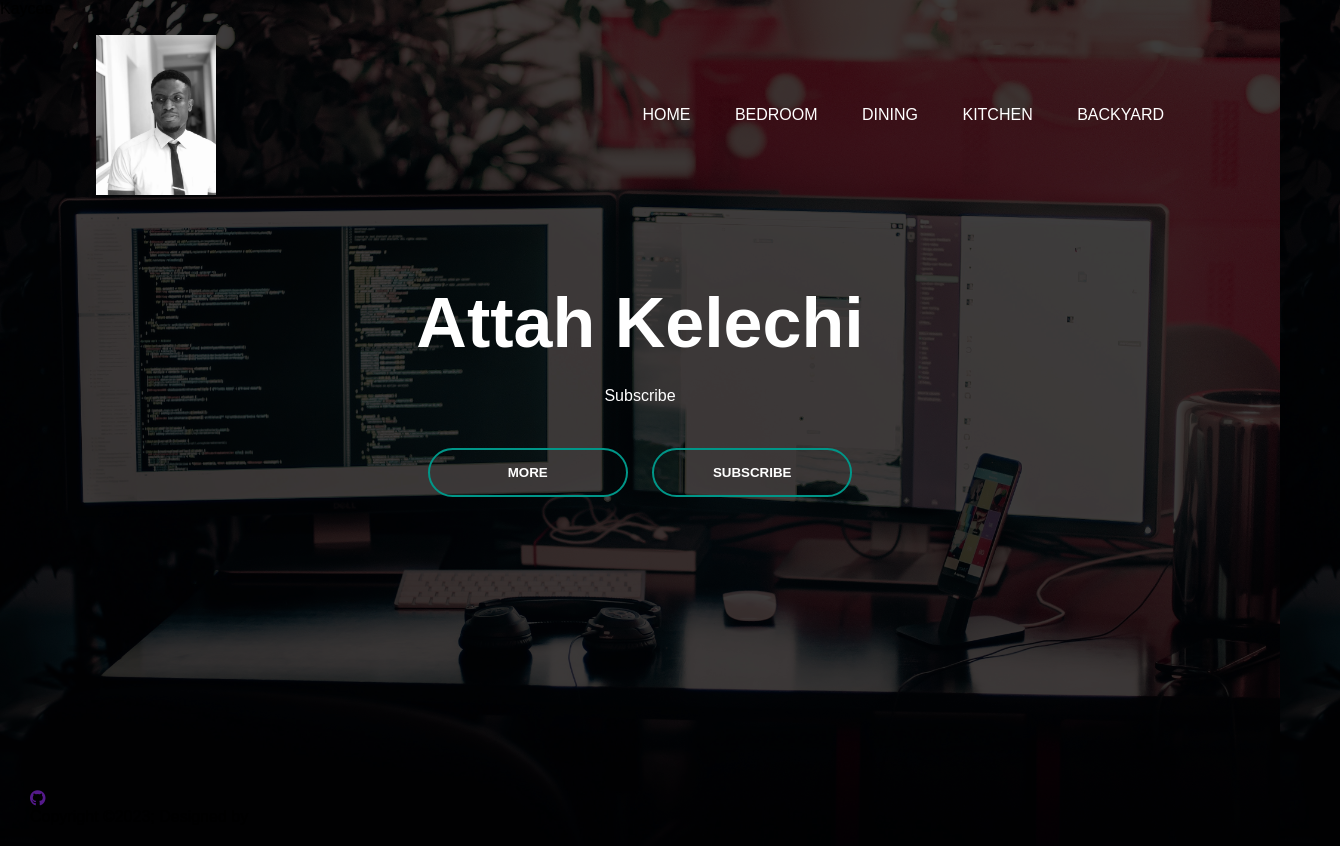
Repository: Kaycee-attah/HNG-Internship_2023
Page: index.html
These files come from the project's save history. The page is drawn as it stood at one moment and after the next save; the edit follows.
The browser window is 1280 px wide. The page is 1340 px wide, so the pictures cover 1340 px, including what lies to the right of the window. The pictures show the whole page.

Above is the page before, as saved 2023-09-07 02:39:56.

### index.html
<!DOCTYPE html>
<html lang="en">
<head>
    <meta charset="UTF-8">
    <meta name="viewport" content="width=device-width, initial-scale=1.0">
    <title>How to make a website - Easy tutorial</title>
    <link rel="stylesheet" href="style.css">
    <link rel="stylesheet" href="https://cdnjs.cloudflare.com/ajax/libs/font-awesome/6.4.2/css/all.min.css" integrity="sha512-z3gLpd7yknf1YoNbCzqRKc4qyor8gaKU1qmn+CShxbuBusANI9QpRohGBreCFkKxLhei6S9CQXFEbbKuqLg0DA==" crossorigin="anonymous" referrerpolicy="no-referrer" />
</head>
<body>
    <div class="banner">
        <div class="navbar">
            <img class="logo" src="slack_DP.JPG" alt="Kaycee" data-testid="slackDisplayImage">
            <ul>
                <li><a href="#">Home</a></li>
                <li><a href="#">Bedroom</a></li>
                <li><a href="#">Dining</a></li>
                <li><a href="#">Kitchen</a></li>
                <li><a href="#">Backyard</a></li>
            </ul>
        </div>
    </div>
    <div class="content">
        <h1 data-testid="slackUserName">Attah Kelechi</h1>
        <p>Subscribe</p>
        <div>
            <button type="button"><span></span> MORE</button>
            <button type="button"><span></span>SUBSCRIBE</button>
        </div>
    </div>
    <div class="footer_Container">
        <div class="social-icon">
            <a href=""><i class="fa-brands fa-github"></i></a>
        </div>
        <div class="footer_Bottom">
            <p>Copyright &copy;2023; Designed by <span class="designer">Kaycee</span></p>
        </div>
    </div>

    <script src="script.js"></script>
</body>

</html>

### style.css
*{
    margin: 0;
    padding: 0;
    font-family: sans-serif;

}
body{
    background-image: linear-gradient(rgba(0,0,0,0.75), rgba(0,0,0,0.75)), url(IMG_6759.JPG);
    background-size: cover;
    background-position: center;
}

.banner{
    width: 100%;
    height: 100vh;


}
.navbar{
    width: 85%;
    margin: auto;
    padding: 35px 0;
    display: flex;
    align-items: center;
    justify-content: space-between;
}
.logo{
    width: 120px;
    cursor: pointer;
}
.navbar ul li{
    list-style: none;
    display: inline-block;
    margin: 0 20px;
    position: relative;
}
.navbar ul li a{
    text-decoration: none;
    color: #fff;
    text-transform: uppercase;
}
.navbar ul li::after{
    content: "";
    height: 3px;
    width: 0;
    background: #009688;
    position: absolute;
    left: 0;
    bottom: -10px;
    transition: 0.5s;
}
.navbar ul li:hover::after{
    width: 100%;
}
.content{
    width: 100%;
    position: absolute;
    top: 50%;
    transform: translateY(-50%);
    text-align: center;
    color: #fff;
}
.content h1{
    font-size: 70px;
    margin-top: 80px;
}
.content p{
    margin: 20px auto;
    font-weight: 100;
    line-height: 25px;
}
button{
    width: 200px;
    padding: 15px 0;
    text-align: center;
    margin: 20px 10px;
    border-radius: 25px;
    font-weight: bold;
    border: 2px solid #009688;
    background: transparent;
    color: #fff;
    cursor: pointer;
    position: relative;
    overflow: hidden;
}
span{
    background: #009688;
    height: 100%;
    width: 0;
    border-radius: 25px;
    position: absolute;
    left: 0;
    bottom: 0;
    z-index: -1;
    transition: 0.5s;
}
button:hover span{
    width: 100%;
}
footer{
    background-color: #111;
}
.footer_Container{
    width: 100%;
    padding: 70px 30px 20px;
}

### script.js
const now = new Date();
const day = now.getDay();
const hours = now.getHours();
const minutes = now.getMinutes();
const UTCtimeStamp = now.getTime();
const GMTdate_and_time = now.toUTCString();
const daysOfWeek = [
    "Sunday",
    "Monday",
    "Tuesday",
    "Wednesday",
    "Thursday",
    "Friday",
    "Saturday"
]
const today = daysOfWeek[day];
const UTC = now.getUTCMilliseconds();
console.log("Current day of the week:", today)
console.log("UTC:", UTC)

console.log("UTCtimeStamp:", UTCtimeStamp)
console.log("GMTdate_and_time:", GMTdate_and_time)

After the next save:
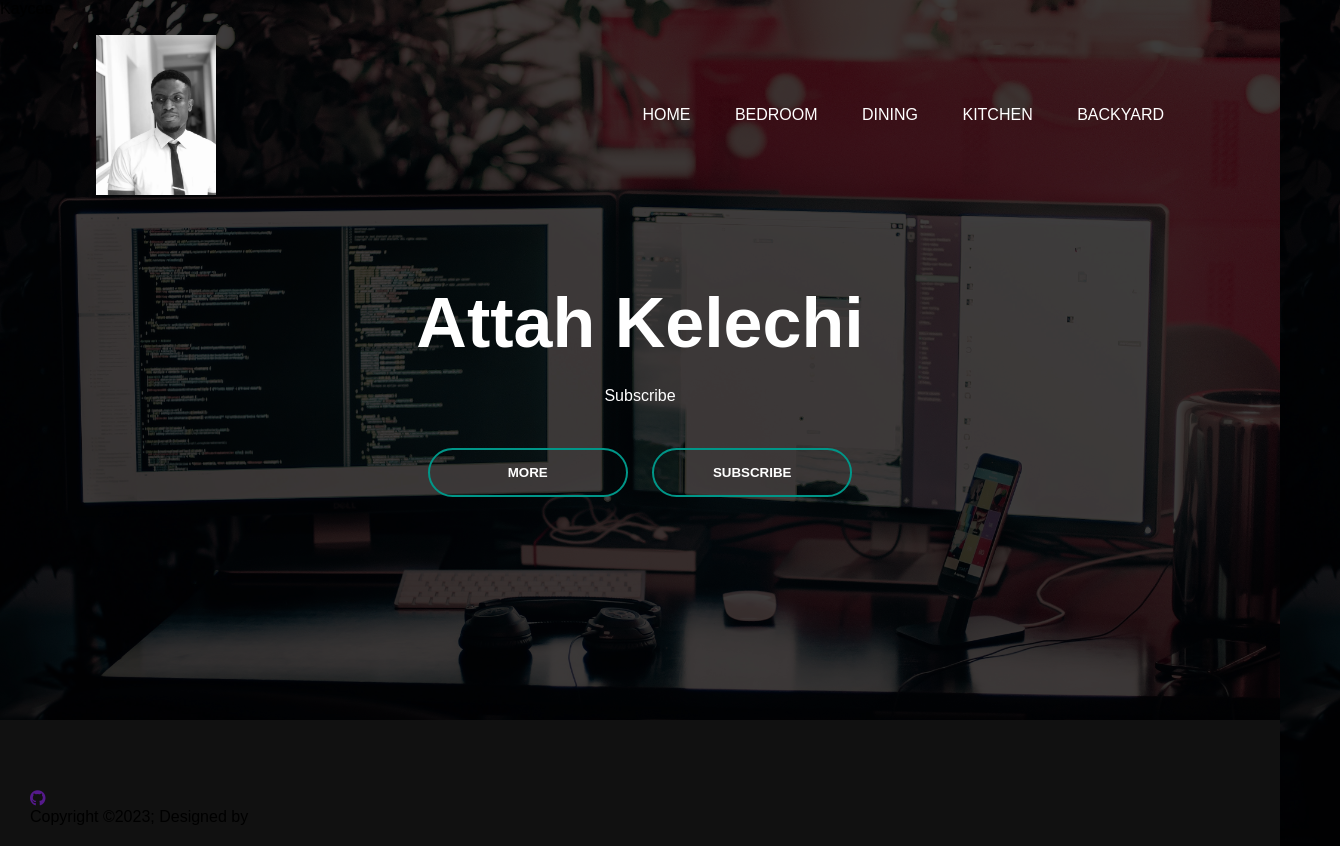
Saved 12 s later.
--- a/index.html
+++ b/index.html
@@ -28,14 +28,16 @@
             <button type="button"><span></span>SUBSCRIBE</button>
         </div>
     </div>
-    <div class="footer_Container">
-        <div class="social-icon">
-            <a href=""><i class="fa-brands fa-github"></i></a>
+    <footer>
+        <div class="footer_Container">
+            <div class="social-icon">
+                <a href=""><i class="fa-brands fa-github"></i></a>
+            </div>
+            <div class="footer_Bottom">
+                <p>Copyright &copy;2023; Designed by <span class="designer">Kaycee</span></p>
+            </div>
         </div>
-        <div class="footer_Bottom">
-            <p>Copyright &copy;2023; Designed by <span class="designer">Kaycee</span></p>
-        </div>
-    </div>
+    </footer>
 
     <script src="script.js"></script>
 </body>
